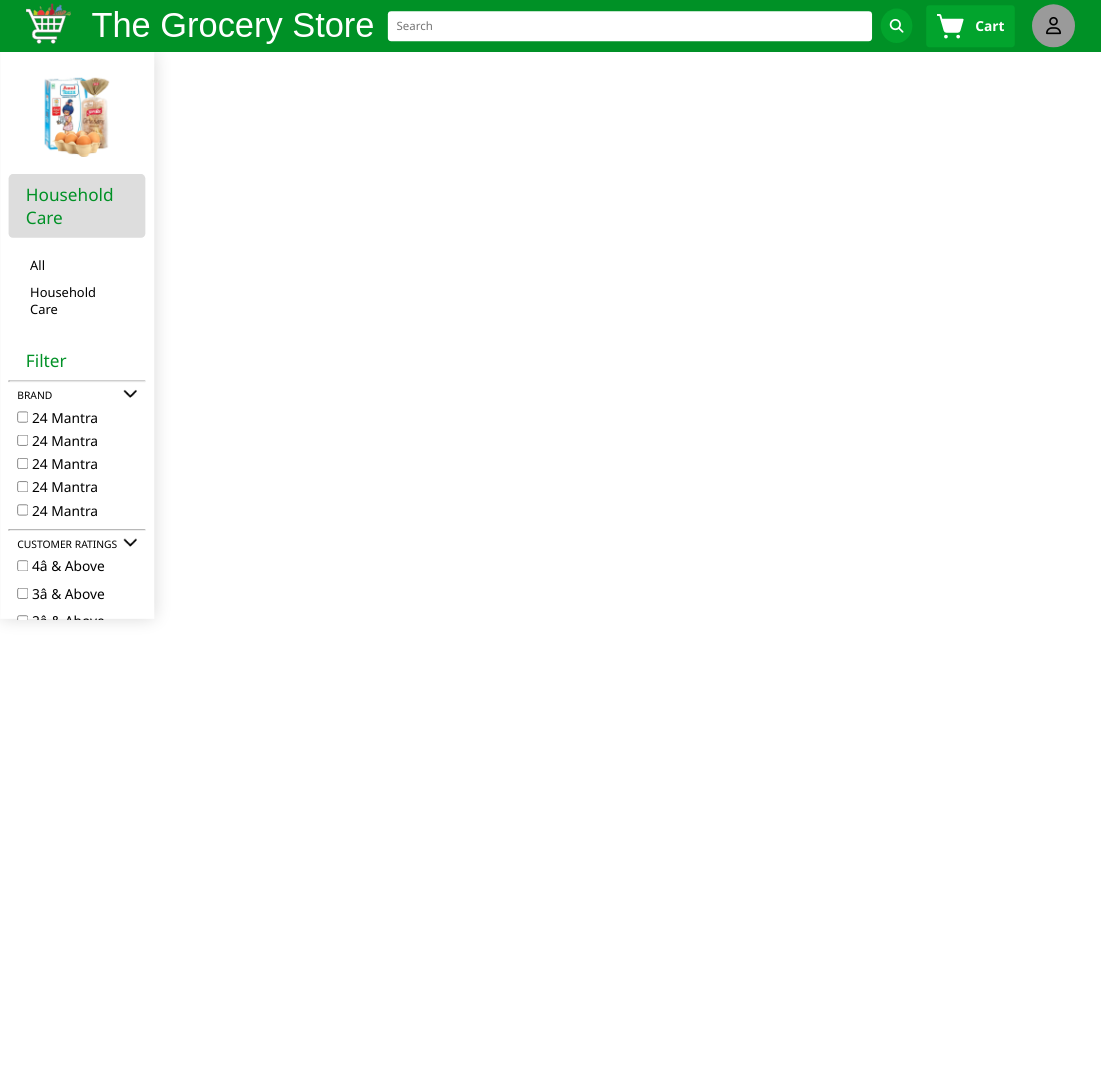
Repository: SamNickGammer/GroceryInsider
Page: http://localhost/Grocery/pages/ShopingListPage/index.jsp
The author's editor kept a copy of each file at every save. The page is drawn from the files as they stood at one save, then again after the next save.
The browser window is 1280 px wide. The pictures show the whole page, at 86% of full size.
Some web fonts or font styles are not loaded; a fallback is used. Some web libraries are served in a nearby version. The page is served by Tomcat 9.

Above is the page before, as saved 2022-05-24 15:43:52.
Console error: TypeError: Cannot read properties of null (reading 'innerHTML')

After the next save:
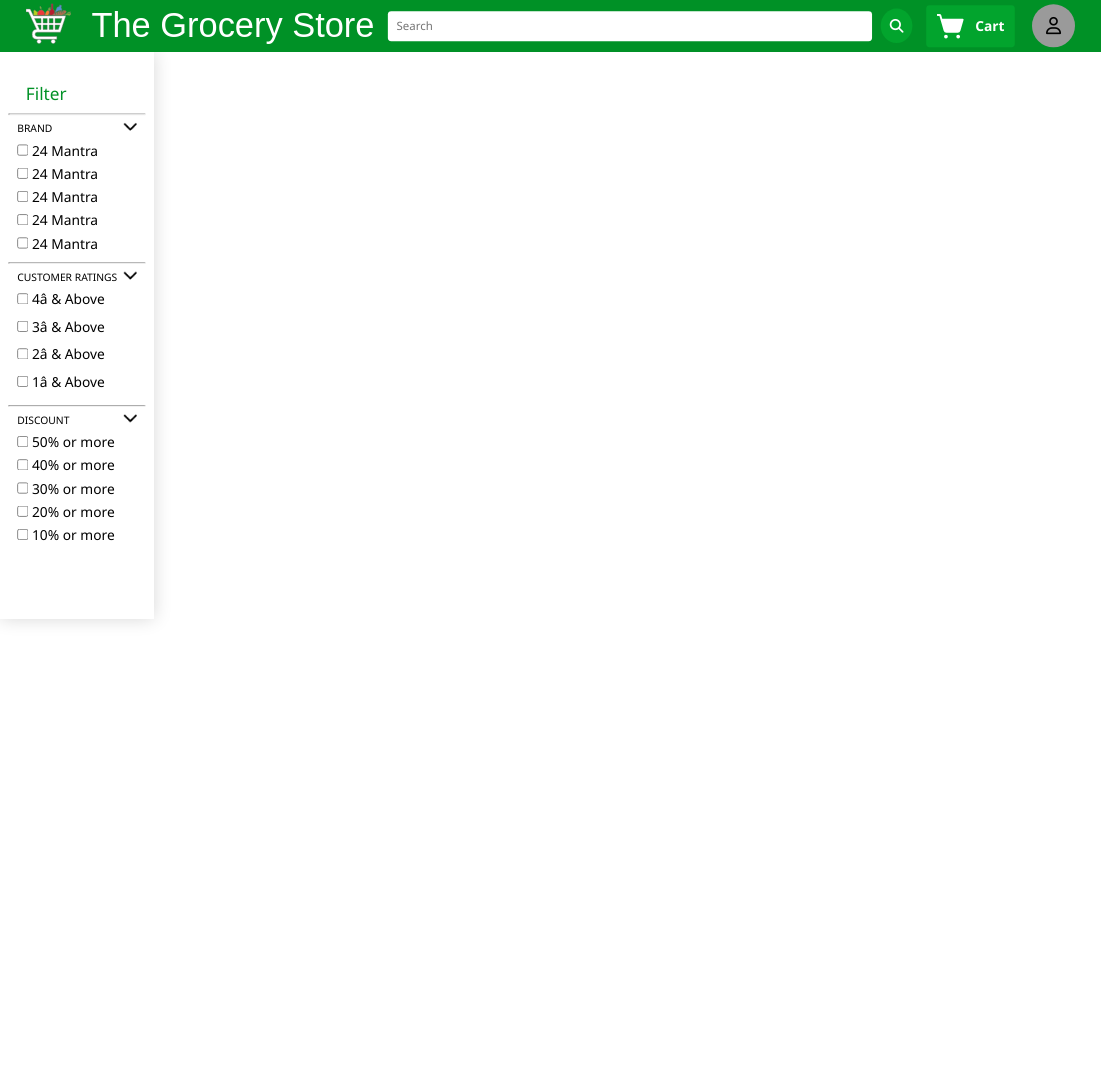
Saved 27 s later.
--- a/Grocery/src/main/webapp/pages/ShopingListPage/script.js
+++ b/Grocery/src/main/webapp/pages/ShopingListPage/script.js
@@ -12,7 +12,7 @@
 console.log(catoragy, querry);
 
 sidebarData.forEach((item) => {
-  if (querry == null) {
+  if (item.nameOfHead == category) {
     sideBarBody.innerHTML = `
       <div class="imageProductPageTitleImage">
         <img src="${item.imageUrl}" alt="">
